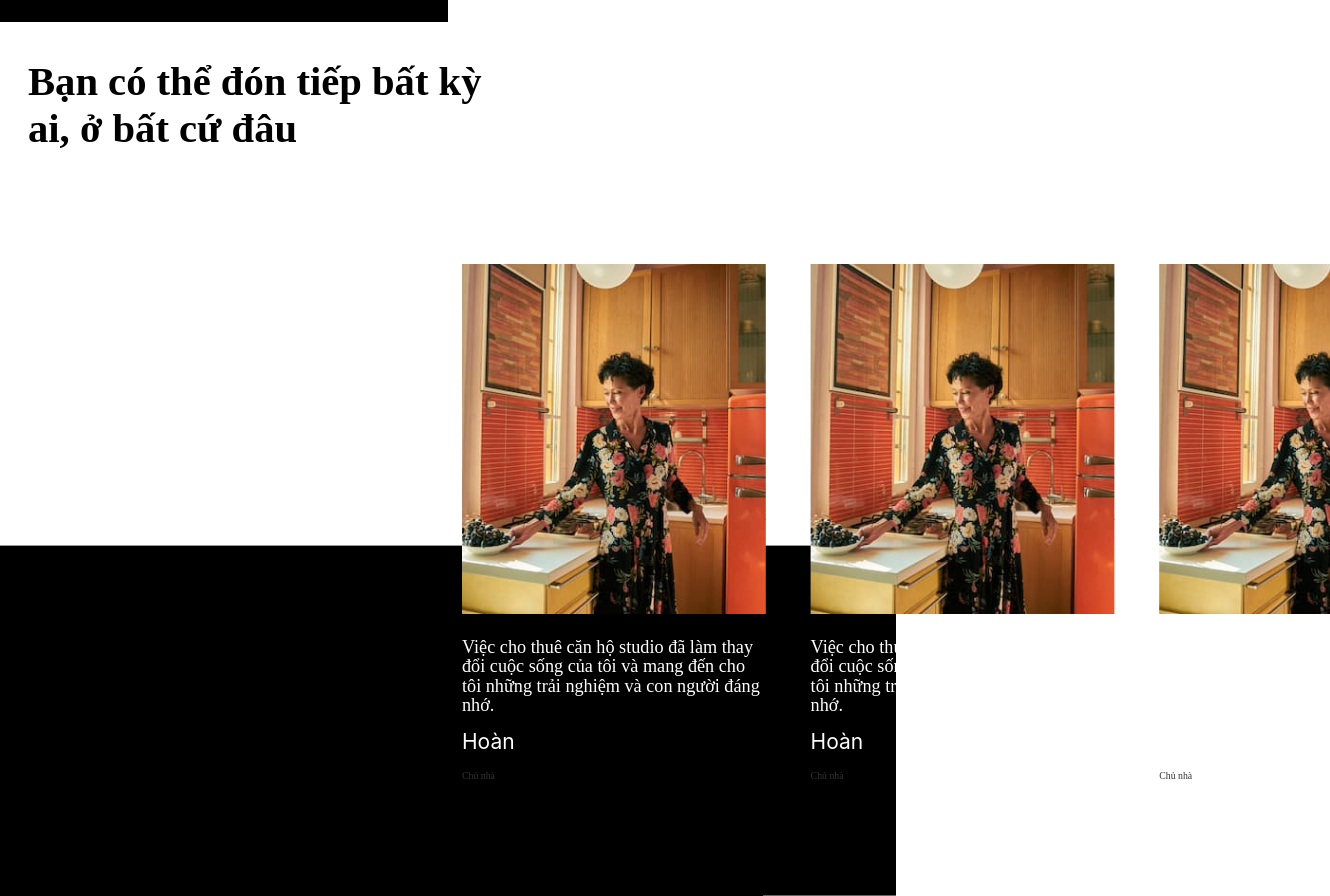
Repository: HoanTiny/AirbnbClone
Page: page3.html
These files come from the project's save history. The page is drawn as it stood at one moment and after the next save; the edit follows.
The browser window is 1280 px wide. The page is 1900 px wide, so the pictures cover 1900 px, including what lies to the right of the window. The pictures show the part of the page from y = 688 to 1968 px (the page is 1968 px tall), at 70% of full size.
Pictures or frames that could not be fetched are drawn as grey boxes.

Above is the page before, as saved 2021-09-13 11:36:45.

### page3.html
<!DOCTYPE html>
<html lang="en">
    <head>
        <meta charset="UTF-8" />
        <meta http-equiv="X-UA-Compatible" content="IE=edge" />
        <meta name="viewport" content="width=device-width, initial-scale=1.0" />
        <link rel="stylesheet" href="./acess/css/mainpage3.css" />
        <link rel="stylesheet" href="./acess/css/gird.css" />
        <link rel="stylesheet" href="./acess/css/base.css" />
        <link rel="stylesheet" href="./acess/css/reponsive.css" />
        <link
            rel="stylesheet"
            href="./acess/font/fontawesome-free-5.15.3-web/css/all.min.css"
        />
        <title>Cho thuê nhà</title>
    </head>
    <body>
        <div class="app-p3">
            <div class="banner">
                <div class="banner__left">
                    <div class="banner__left-img">
                        <svg
                            width="30"
                            height="32"
                            fill="currentcolor"
                            color="#fff"
                            style="display: block"
                        >
                            <path
                                d="M29.24 22.68c-.16-.39-.31-.8-.47-1.15l-.74-1.67-.03-.03c-2.2-4.8-4.55-9.68-7.04-14.48l-.1-.2c-.25-.47-.5-.99-.76-1.47-.32-.57-.63-1.18-1.14-1.76a5.3 5.3 0 00-8.2 0c-.47.58-.82 1.19-1.14 1.76-.25.52-.5 1.03-.76 1.5l-.1.2c-2.45 4.8-4.84 9.68-7.04 14.48l-.06.06c-.22.52-.48 1.06-.73 1.64-.16.35-.32.73-.48 1.15a6.8 6.8 0 007.2 9.23 8.38 8.38 0 003.18-1.1c1.3-.73 2.55-1.79 3.95-3.32 1.4 1.53 2.68 2.59 3.95 3.33A8.38 8.38 0 0022.75 32a6.79 6.79 0 006.75-5.83 5.94 5.94 0 00-.26-3.5zm-14.36 1.66c-1.72-2.2-2.84-4.22-3.22-5.95a5.2 5.2 0 01-.1-1.96c.07-.51.26-.96.52-1.34.6-.87 1.65-1.41 2.8-1.41a3.3 3.3 0 012.8 1.4c.26.4.45.84.51 1.35.1.58.06 1.25-.1 1.96-.38 1.7-1.5 3.74-3.21 5.95zm12.74 1.48a4.76 4.76 0 01-2.9 3.75c-.76.32-1.6.41-2.42.32-.8-.1-1.6-.36-2.42-.84a15.64 15.64 0 01-3.63-3.1c2.1-2.6 3.37-4.97 3.85-7.08.23-1 .26-1.9.16-2.73a5.53 5.53 0 00-.86-2.2 5.36 5.36 0 00-4.49-2.28c-1.85 0-3.5.86-4.5 2.27a5.18 5.18 0 00-.85 2.21c-.13.84-.1 1.77.16 2.73.48 2.11 1.78 4.51 3.85 7.1a14.33 14.33 0 01-3.63 3.12c-.83.48-1.62.73-2.42.83a4.76 4.76 0 01-5.32-4.07c-.1-.8-.03-1.6.29-2.5.1-.32.25-.64.41-1.02.22-.52.48-1.06.73-1.6l.04-.07c2.16-4.77 4.52-9.64 6.97-14.41l.1-.2c.25-.48.5-.99.76-1.47.26-.51.54-1 .9-1.4a3.32 3.32 0 015.09 0c.35.4.64.89.9 1.4.25.48.5 1 .76 1.47l.1.2c2.44 4.77 4.8 9.64 7 14.41l.03.03c.26.52.48 1.1.73 1.6.16.39.32.7.42 1.03.19.9.29 1.7.19 2.5z"
                            ></path>
                        </svg>
                    </div>
                    <div class="banner__left-conttent">
                        <h1 class="banner__left-heading">
                            Đón tiếp khách làm nên linh hồn của Airbnb
                        </h1>
                        <button class="banner__left-btn">
                            Thử đón tiếp khách
                        </button>
                    </div>
                    <i class="fas fa-chevron-down banner__left-icon"></i>
                </div>
                <div class="banner-right">
                    <video
                        id="video"
                        src="./acess/img/Cho thuê nhà trên Airbnb.webm"
                        class="banner__right-video"
                        autoplay
                        crossorigin="anonymous"
                        playsinline
                        preload="auto"
                        aria-label="Chelsea, Chủ nhà ở Philadelphia, mỉm cười khi mở cửa. Soraya, Chủ nhà ở Mumbai, mỉm cười khi mở cửa trước cùng một người khác ở bên cạnh. Mohamed, Chủ nhà ở Johannesburg, mỉm cười khi mở cửa. Maria, Chủ nhà ở Mexico City, gật đầu mỉm cười khi mang cây đi."
                    ></video>
                </div>
            </div>
            <div class="content">
                <div class="content__heading">
                    <div class="grid wide">
                        <h2 class="content__heading-top">
                            Bạn có thể đón tiếp bất kỳ ai, ở bất cứ đâu
                        </h2>
                    </div>
                    <div class="grid wide">
                        <div class="content__home">
                            <div class="home__img">
                                <div class="home__img-home__product">
                                    <img src="./acess/img/home-p3.jpg" class="img content__home-img"></img>
                                </div>
                                <div class="home__img-home__product-text">
                                    <p class="home__img-text">Việc cho thuê căn hộ studio đã làm thay đổi cuộc sống của tôi và mang đến cho tôi những trải nghiệm và con người đáng nhớ.</p>
                                    <p class="home__img-text-end">Hoàn</p>
                                    <p class="home__img-text-admin-home">Chủ nhà</p>
                                </div>
                            </div>
                            <div class="home__img">
                                <div class="home__img-home__product">
                                    <img src="./acess/img/home-p3.jpg" class="img content__home-img"></img>
                                </div>
                                <div class="home__img-home__product-text">
                                    <p class="home__img-text">Việc cho thuê căn hộ studio đã làm thay đổi cuộc sống của tôi và mang đến cho tôi những trải nghiệm và con người đáng nhớ.</p>
                                    <p class="home__img-text-end">Hoàn</p>
                                    <p class="home__img-text-admin-home">Chủ nhà</p>
                                </div>
                            </div>
                            <div class="home__img">
                                <div class="home__img-product-img">
                                    <img src="./acess/img/home-p3.jpg" class="img content__home-img"></img>
                                </div>
                                <div class="home__img-product-text">
                                    <p class="home__img-text">Việc cho thuê căn hộ studio đã làm thay đổi cuộc sống của tôi và mang đến cho tôi những trải nghiệm và con người đáng nhớ.</p>
                                    <p class="home__img-text-end">Hoàn</p>
                                    <p class="home__img-text-admin-home">Chủ nhà</p>
                                </div>
                            </div>
                            <div class="home__img">
                                <div class="home__img-home__product">
                                    <img src="./acess/img/home-p3.jpg" class="img content__home-img"></img>
                                </div>
                                <div class="home__img-home__product-text">
                                    <p class="home__img-text">Việc cho thuê căn hộ studio đã làm thay đổi cuộc sống của tôi và mang đến cho tôi những trải nghiệm và con người đáng nhớ.</p>
                                    <p class="home__img-text-end">Hoàn</p>
                                    <p class="home__img-text-admin-home">Chủ nhà</p>
                                </div>
                            </div>
                        </div>
                    </div>
                </div>
                <div class="content__search"></div>
            </div>
        </div>
        <script>
            var videoPlayer = document.getElementById("video");
            // Auto play, half volume.
            videoPlayer.play();
            videoPlayer.volume = 0.5;

            // Play / pause.
            videoPlayer.addEventListener("click", function () {
                if (videoPlayer.paused == false) {
                    videoPlayer.pause();
                    videoPlayer.firstChild.nodeValue = "Play";
                } else {
                    videoPlayer.play();
                    videoPlayer.firstChild.nodeValue = "Pause";
                }
            });
        </script>
    </body>
</html>

### acess/css/mainpage3.css
body {
    margin: 0;
}

.banner {
    height: 100vh;
    display: flex;
    justify-content: center;
}
.banner__left {
    width: 50%;
    background-color: #000;
    position: relative;
}
.banner__left-img {
    padding: 24px;
}
.banner__left-conttent {
    display: flex;
    flex-direction: column;
    align-items: center;
    justify-content: center;
    position: absolute;
    top: 50%;
    left: 50%;
    transform: translate(-50%, -50%);
    width: fit-content;
}
.banner__left-heading {
    color: #fff;
    text-align: center;
    font-size: 6.8rem;
    line-height: 7rem;
    padding: 12px 24px;
    font-weight: 500;
}
.banner__left-btn {
    padding: 18px 32px;
    font-size: 1.8rem;
    border-radius: 12px;
    background-image: linear-gradient(
        to right,
        rgb(229, 29, 80),
        rgb(220, 14, 100)
    );
    color: var(--white-color);
    border: none;
    cursor: pointer;
}

.banner__left-icon {
    color: var(--white-color);
    position: absolute;
    bottom: 32px;
    font-size: 1.5rem;
    left: 50%;
    padding: 12px;
    margin-left: -12px;
    border-radius: 50%;
    cursor: pointer;
}

.banner__left-icon:hover {
    background-color: #999;
}

.banner-right {
    width: 50%;
}

.banner__right-video {
    object-fit: cover;
    object-position: center top;
    width: 100%;
    height: 100%;
}

.content__heading {
    position: relative;
    height: 700px;
}

.content__heading-top {
    margin-top: 48px;
    font-size: 5.8rem;
    line-height: 6.8rem;
    text-align: left;
    width: 60%;
}

.content__home {
    position: absolute;
    bottom: -50%;
    max-width: 100%;
    overflow-x: auto;
    flex-wrap: nowrap;
    display: flex;
    transform: translate(50%);
}

.content__home::-webkit-scrollbar {
    display: none;
}

.home__img {
    flex-shrink: 0;
    width: 35%;
    margin-right: 64px;
}

.home__img-product-text {
    margin-top: 24px;
}

.home__img-text {
    color: var(--white-color);
    font-size: 2.6rem;
    line-height: 2.8rem;
}

.home__img-text-end {
    color: var(--white-color);
    font-size: 3rem;
    font-family: -apple-system, BlinkMacSystemFont, "Segoe UI", Roboto,
        sans-serif;
}

.home__img-text-admin-home {
    color: var(--text-color);
    font-size: 1.4rem;
}

.content__home-img {
    width: 100%;
    height: 100%;
    object-fit: cover;
}

.content__search {
    background-color: #000;
    height: 500px;
}

### acess/css/gird.css
.grid {
    width: 100%;
    display: block;
    padding: 0;
}

.grid.wide {
    max-width: 1200px;
    margin: 0 auto;
}

.row {
    display: flex;
    flex-wrap: wrap;
    margin-left: -8px;
    margin-right: -8px;
}

.row.no-gutters {
    margin-left: 0;
    margin-right: 0;
}

.col {
    padding-left: 12px;
    padding-right: 12px;
}

.row.no-gutters .col {
    padding-left: 0;
    padding-right: 0;
}

.c-0 {
    display: none;
}

.c-1 {
    flex: 0 0 8.33333%;
    max-width: 8.33333%;
}

.c-2 {
    flex: 0 0 16.66667%;
    max-width: 16.66667%;
}

.c-3 {
    flex: 0 0 25%;
    max-width: 25%;
}

.c-4 {
    flex: 0 0 33.33333%;
    max-width: 33.33333%;
}

.c-5 {
    flex: 0 0 41.66667%;
    max-width: 41.66667%;
}

.c-6 {
    flex: 0 0 50%;
    max-width: 50%;
}

.c-7 {
    flex: 0 0 58.33333%;
    max-width: 58.33333%;
}

.c-8 {
    flex: 0 0 66.66667%;
    max-width: 66.66667%;
}

.c-9 {
    flex: 0 0 75%;
    max-width: 75%;
}

.c-10 {
    flex: 0 0 83.33333%;
    max-width: 83.33333%;
}

.c-11 {
    flex: 0 0 91.66667%;
    max-width: 91.66667%;
}

.c-12 {
    flex: 0 0 100%;
    max-width: 100%;
}

.c-o-1 {
    margin-left: 8.33333%;
}

.c-o-2 {
    margin-left: 16.66667%;
}

.c-o-3 {
    margin-left: 25%;
}

.c-o-4 {
    margin-left: 33.33333%;
}

.c-o-5 {
    margin-left: 41.66667%;
}

.c-o-6 {
    margin-left: 50%;
}

.c-o-7 {
    margin-left: 58.33333%;
}

.c-o-8 {
    margin-left: 66.66667%;
}

.c-o-9 {
    margin-left: 75%;
}

.c-o-10 {
    margin-left: 83.33333%;
}

.c-o-11 {
    margin-left: 91.66667%;
}

/* >= Tablet */
@media (min-width: 740px) {
    .row {
        margin-left: -4px;
        margin-right: -4px;
    }

    .col {
        padding-left: 4px;
        padding-right: 4px;
    }

    .m-0 {
        display: none;
    }

    .m-1,
    .m-2,
    .m-3,
    .m-4,
    .m-5,
    .m-6,
    .m-7,
    .m-8,
    .m-9,
    .m-10,
    .m-11,
    .m-12 {
        display: block;
    }

    .m-1 {
        flex: 0 0 8.33333%;
        max-width: 8.33333%;
    }

    .m-2 {
        flex: 0 0 16.66667%;
        max-width: 16.66667%;
    }

    .m-3 {
        flex: 0 0 25%;
        max-width: 25%;
    }

    .m-4 {
        flex: 0 0 33.33333%;
        max-width: 33.33333%;
    }

    .m-5 {
        flex: 0 0 41.66667%;
        max-width: 41.66667%;
    }

    .m-6 {
        flex: 0 0 50%;
        max-width: 50%;
    }

    .m-7 {
        flex: 0 0 58.33333%;
        max-width: 58.33333%;
    }

    .m-8 {
        flex: 0 0 66.66667%;
        max-width: 66.66667%;
    }

    .m-9 {
        flex: 0 0 75%;
        max-width: 75%;
    }

    .m-10 {
        flex: 0 0 83.33333%;
        max-width: 83.33333%;
    }

    .m-11 {
        flex: 0 0 91.66667%;
        max-width: 91.66667%;
    }

    .m-12 {
        flex: 0 0 100%;
        max-width: 100%;
    }

    .m-o-1 {
        margin-left: 8.33333%;
    }

    .m-o-2 {
        margin-left: 16.66667%;
    }

    .m-o-3 {
        margin-left: 25%;
    }

    .m-o-4 {
        margin-left: 33.33333%;
    }

    .m-o-5 {
        margin-left: 41.66667%;
    }

    .m-o-6 {
        margin-left: 50%;
    }

    .m-o-7 {
        margin-left: 58.33333%;
    }

    .m-o-8 {
        margin-left: 66.66667%;
    }

    .m-o-9 {
        margin-left: 75%;
    }

    .m-o-10 {
        margin-left: 83.33333%;
    }

    .m-o-11 {
        margin-left: 91.66667%;
    }
}

/* PC medium resolution > */
@media (min-width: 1113px) {
    .row {
        margin-left: -12px;
        margin-right: -12px;
    }

    .row.sm-gutter {
        margin-left: -5px;
        margin-right: -5px;
    }

    .col {
        padding-left: 12px;
        padding-right: 12px;
    }

    .row.sm-gutter .col {
        padding-left: 5px;
        padding-right: 5px;
    }

    .l-0 {
        display: none;
    }

    .l-1,
    .l-2,
    .l-2-4,
    .l-3,
    .l-4,
    .l-5,
    .l-6,
    .l-7,
    .l-8,
    .l-9,
    .l-10,
    .l-11,
    .l-12 {
        display: block;
    }

    .l-1 {
        flex: 0 0 8.33333%;
        max-width: 8.33333%;
    }

    .l-2 {
        flex: 0 0 16.66667%;
        max-width: 16.66667%;
    }

    .l-2-4 {
        flex: 0 0 20%;
        max-width: 20%;
    }

    .l-3 {
        flex: 0 0 25%;
        max-width: 25%;
    }

    .l-4 {
        flex: 0 0 33.33333%;
        max-width: 33.33333%;
    }

    .l-5 {
        flex: 0 0 41.66667%;
        max-width: 41.66667%;
    }

    .l-6 {
        flex: 0 0 50%;
        max-width: 50%;
    }

    .l-7 {
        flex: 0 0 58.33333%;
        max-width: 58.33333%;
    }

    .l-8 {
        flex: 0 0 66.66667%;
        max-width: 66.66667%;
    }

    .l-9 {
        flex: 0 0 75%;
        max-width: 75%;
    }

    .l-10 {
        flex: 0 0 83.33333%;
        max-width: 83.33333%;
    }

    .l-11 {
        flex: 0 0 91.66667%;
        max-width: 91.66667%;
    }

    .l-12 {
        flex: 0 0 100%;
        max-width: 100%;
    }

    .l-o-1 {
        margin-left: 8.33333%;
    }

    .l-o-2 {
        margin-left: 16.66667%;
    }

    .l-o-3 {
        margin-left: 25%;
    }

    .l-o-4 {
        margin-left: 33.33333%;
    }

    .l-o-5 {
        margin-left: 41.66667%;
    }

    .l-o-6 {
        margin-left: 50%;
    }

    .l-o-7 {
        margin-left: 58.33333%;
    }

    .l-o-8 {
        margin-left: 66.66667%;
    }

    .l-o-9 {
        margin-left: 75%;
    }

    .l-o-10 {
        margin-left: 83.33333%;
    }

    .l-o-11 {
        margin-left: 91.66667%;
    }
}

/* Tablet - PC low resolution */
@media (min-width: 740px) and (max-width: 1023px) {
    .wide {
        width: 644px;
    }
}

/* > PC low resolution */
@media (min-width: 1024px) and (max-width: 1239px) {
    .wide {
        width: 984px;
    }

    .wide .row {
        margin-left: -12px;
        margin-right: -12px;
    }

    .wide .row.sm-gutter {
        margin-left: -5px;
        margin-right: -5px;
    }

    .wide .col {
        padding-left: 12px;
        padding-right: 12px;
    }

    .wide .row.sm-gutter .col {
        padding-left: 5px;
        padding-right: 5px;
    }

    .wide .l-0 {
        display: none;
    }

    .wide .l-1,
    .wide .l-2,
    .wide .l-2-4,
    .wide .l-3,
    .wide .l-4,
    .wide .l-5,
    .wide .l-6,
    .wide .l-7,
    .wide .l-8,
    .wide .l-9,
    .wide .l-10,
    .wide .l-11,
    .wide .l-12 {
        display: block;
    }

    .wide .l-1 {
        flex: 0 0 8.33333%;
        max-width: 8.33333%;
    }

    .wide .l-2 {
        flex: 0 0 16.66667%;
        max-width: 16.66667%;
    }

    .wide .l-2-4 {
        flex: 0 0 20%;
        max-width: 20%;
    }

    .wide .l-3 {
        flex: 0 0 25%;
        max-width: 25%;
    }

    .wide .l-4 {
        flex: 0 0 33.33333%;
        max-width: 33.33333%;
    }

    .wide .l-5 {
        flex: 0 0 41.66667%;
        max-width: 41.66667%;
    }

    .wide .l-6 {
        flex: 0 0 50%;
        max-width: 50%;
    }

    .wide .l-7 {
        flex: 0 0 58.33333%;
        max-width: 58.33333%;
    }

    .wide .l-8 {
        flex: 0 0 66.66667%;
        max-width: 66.66667%;
    }

    .wide .l-9 {
        flex: 0 0 75%;
        max-width: 75%;
    }

    .wide .l-10 {
        flex: 0 0 83.33333%;
        max-width: 83.33333%;
    }

    .wide .l-11 {
        flex: 0 0 91.66667%;
        max-width: 91.66667%;
    }

    .wide .l-12 {
        flex: 0 0 100%;
        max-width: 100%;
    }

    .wide .l-o-1 {
        margin-left: 8.33333%;
    }

    .wide .l-o-2 {
        margin-left: 16.66667%;
    }

    .wide .l-o-3 {
        margin-left: 25%;
    }

    .wide .l-o-4 {
        margin-left: 33.33333%;
    }

    .wide .l-o-5 {
        margin-left: 41.66667%;
    }

    .wide .l-o-6 {
        margin-left: 50%;
    }

    .wide .l-o-7 {
        margin-left: 58.33333%;
    }

    .wide .l-o-8 {
        margin-left: 66.66667%;
    }

    .wide .l-o-9 {
        margin-left: 75%;
    }

    .wide .l-o-10 {
        margin-left: 83.33333%;
    }

    .wide .l-o-11 {
        margin-left: 91.66667%;
    }
}

### acess/css/base.css
:root {
    --white-color:#fff;
    --black-color: #000;
    --text-color: #333;
}

* {
    box-sizing: inherit;
}

html {
    /* font-family: Circular, -apple-system, BlinkMacSystemFont, Roboto, "Helvetica Neue", sans-serif; */
    font-family: 'Font Awesome 5 Free';
    box-sizing: border-box;
    font-size: 62.5%;
    line-height: 1.8rem;
}

### acess/css/reponsive.css
@media (min-width: 723px) and (max-width: 1023px) {
    .hold-on-mobile-tablet {
        display: none;
    }
    .background {
        background-position: unset;
    }

    .header__nav-list-tablet {
        display: flex;
    }

    .search {
        margin: 0;
    }

    .search__item:first-of-type {
        padding-left: 32px;
    }

    .search__item {
        margin: 0;
        padding: 12px;
    }

    .home__product-tablet {
        height: 140px;
        overflow: hidden;
        display: -webkit-box;
        -webkit-line-clamp: 2;
    }

    .home__category-tablet {
        display: flex;
        max-width: 100%;
        overflow-x: auto;
        flex-wrap: nowrap;
    }

    .home__category-tablet::-webkit-scrollbar {
        display: none;
    }

    .home__category-item-tablet {
        width: 33.3333%;
        flex-shrink: 0;
    }

    .footer-end {
        flex-direction: column-reverse;
    }

    .footer__end-social-list{
        display: flex;
        justify-content: center;
    }

    .footer__end-copyright-list{
        flex-wrap: wrap;
        justify-content: center;
    }

    .footer__end-copyright__item:first-of-type {
        width: 100%;
        text-align: center;
        margin-bottom: 4px;
    }

    .header__nav-scrollba-btn {
        margin-left: auto;
    }

}

@media (max-width: 723px)
{
    .hold-on-mobile {
        display: none;
    }

    .search {
        display: none;
    }
    .header__nav {
        display: none;
    }

    .header__mobile{
        display: flex;
    }

    .footer {
        text-align: center;
    }

    .home__category-tablet {
        display: flex;
        max-width: 100%;
        overflow-x: auto;
        flex-wrap: nowrap;
    }

    .home__category-tablet::-webkit-scrollbar {
        display: none;
    }

    .home__category-item-tablet {
        width: 33.3333%;
        flex-shrink: 0;
    }

    #header__nav-scrollbar {
        display: none;
    }

    .header__mobile {
        position: fixed;
        top: 0px;
        left: 0;
        right: 0;
        z-index: 12;
        align-items: center;
    }

    .header__mobile-btn {
        border: none;
        background-color: rgb(247, 247, 247);
        box-shadow: none;
        top: 20;
    }

    .web__content-heading {
        font-size: 2.2rem;
        line-height: 2.6rem;
    }

    .home__category-next {
        display: none;
    }

    .home__category-return--active {
        display: none;
    }

    .home__experience-mobile {
        display: flex;
        max-width: 100%;
        overflow-x: auto;
        flex-wrap: nowrap;
    }

    .home__experience-mobile::-webkit-scrollbar {
        display: none;
    }

    .home__experience-mobile-item {
        width: 75%;
        flex-shrink: 0;
    }

    path {
        display: none;
    }
    .search-where {
        display: block;
        position: revert;
    }

    .search-where-icon {
        display: none;
    }

    /* Page 2 */

    .home-place__item-img {
        height: 345px;
    }

    .menu-list__item {
        border: none;
    }

    .header-page2 {
        border-bottom: none;
    }

    .header__mobile-page2 {
        display: block;
    }

    .home-place {
        margin-top: 115px;
    }

}

Loaded but not shown: acess/font/fontawesome-free-5.15.3-web/css/all.min.css (library)

After the next save:
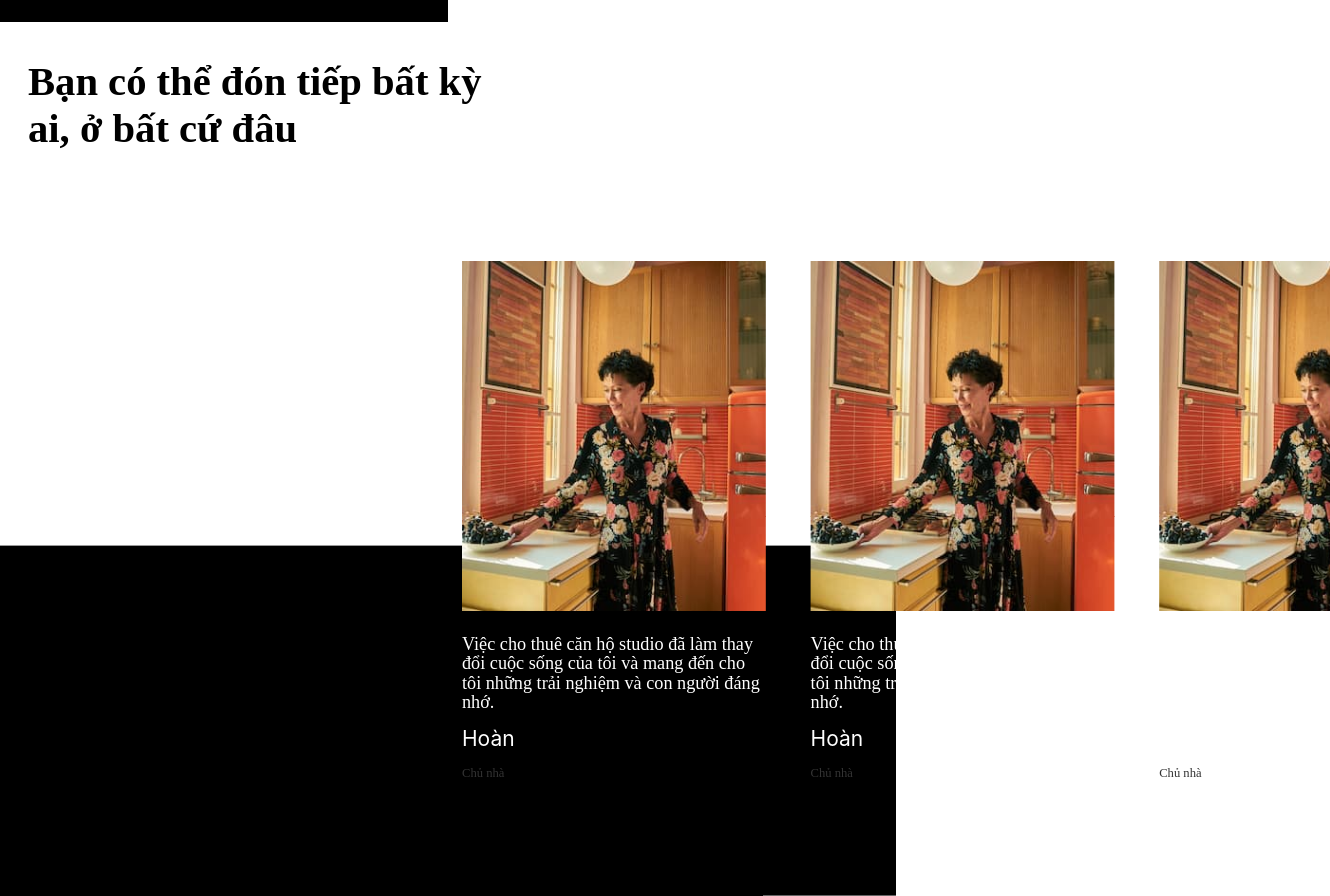
Saved 16 s later.
--- a/acess/css/mainpage3.css
+++ b/acess/css/mainpage3.css
@@ -127,7 +127,7 @@ body {
 
 .home__img-text-admin-home {
     color: var(--text-color);
-    font-size: 1.4rem;
+    font-size: 1.8rem;
 }
 
 .content__home-img {
